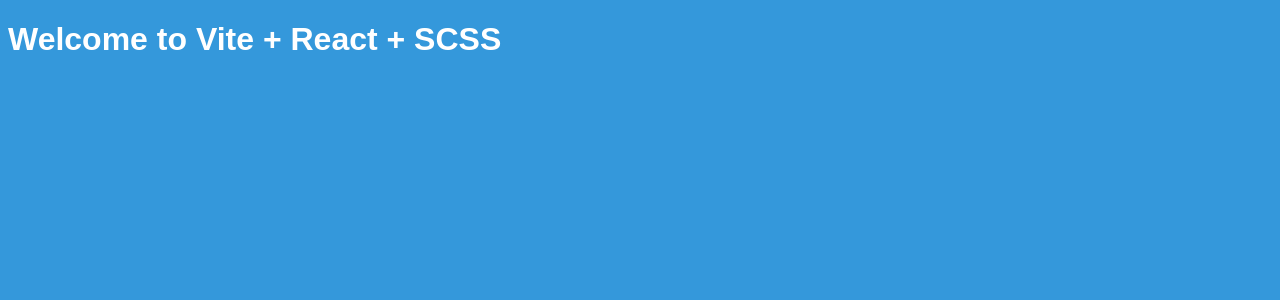
Repository: vaidehikheni/portfolio
Page: /
An editor plug-in stored every save of this project. The page is shown before and after the next save, followed by the edit.
The browser window is 1280 px wide. The pictures show the whole page.
The project was rebuilt for these pictures with package versions that can differ from the ones it lists, and the page was loaded fresh each time. Also part of the build but not shown: vite.config.js.

Above is the page before, as saved 2024-12-29 14:11:43.

### index.html
<!DOCTYPE html>
<html lang="en">
  <head>
    <meta charset="UTF-8" />
    <link rel="icon" type="image/svg+xml" href="/vite.svg" />
    <meta name="viewport" content="width=device-width, initial-scale=1.0" />
    <link rel="stylesheet" href="https://cdnjs.cloudflare.com/ajax/libs/aos/2.3.4/aos.css" />
    <script src="https://cdnjs.cloudflare.com/ajax/libs/aos/2.3.4/aos.js"></script>
    <title>Vite + React</title>
  </head>
  <body>
    <div id="root"></div>
    <script type="module" src="/src/main.jsx"></script>
  </body>
</html>

### src/App.jsx
import { useState } from "react";
import "./main.scss";
import 'aos/dist/aos.css';
import AOS from 'aos';

function App() {
  return (
    <>
      <div>
        <h1>Welcome to Vite + React + SCSS</h1>
      </div>
    </>
  );
}

export default App;

### src/main.scss
// src/styles/main.scss
$primary-color: #3498db;

body {
  font-family: Arial, sans-serif;
  background-color: $primary-color;
  color: white;
}

Loaded but not shown: src/main.jsx (common file)

After the next save:
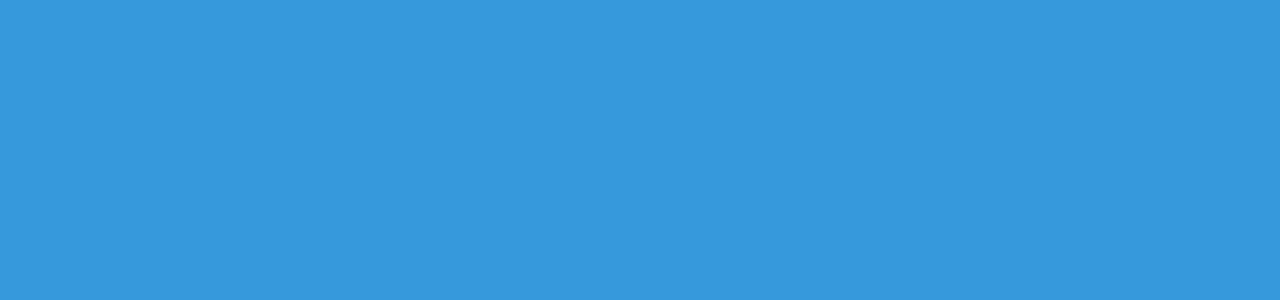
Console error: ReferenceError: useEffect is not defined
Saved 34 s later.
--- a/src/App.jsx
+++ b/src/App.jsx
@@ -4,6 +4,10 @@
 import AOS from 'aos';
 
 function App() {
+  useEffect(() => {
+    AOS.init();
+  }, []);
+
   return (
     <>
       <div>

After the save that followed:
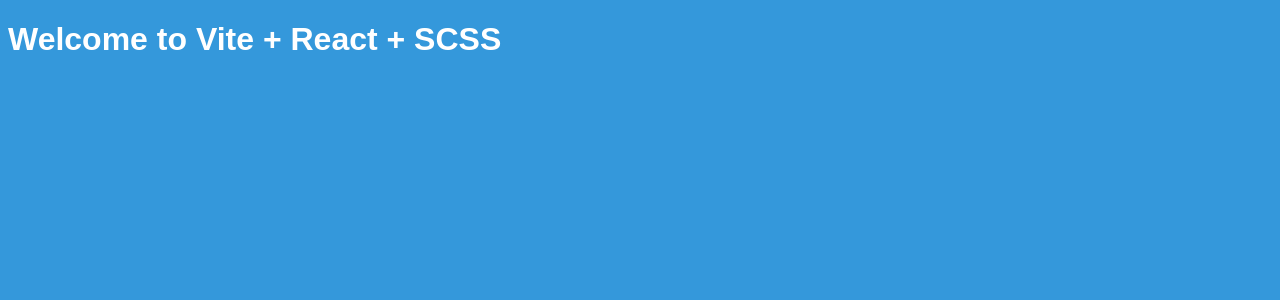
The error is gone.
Saved 4 s later.
--- a/src/App.jsx
+++ b/src/App.jsx
@@ -1,4 +1,4 @@
-import { useState } from "react";
+import { useEffect } from "react";
 import "./main.scss";
 import 'aos/dist/aos.css';
 import AOS from 'aos';
